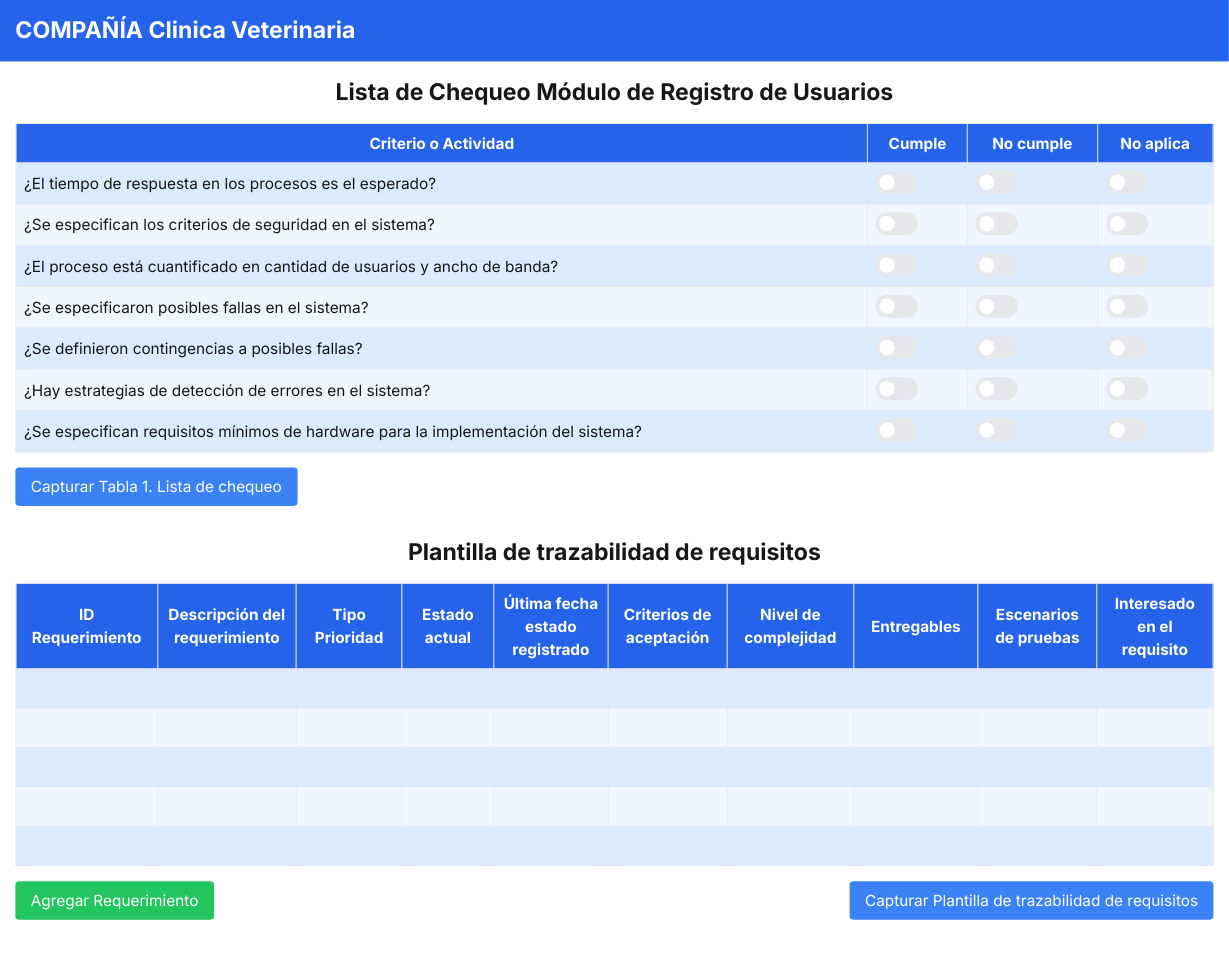
Repository: CiroAlfa/lista-de-Chequeo
Page: /
An editor plug-in stored every save of this project. The page is shown before and after the next save, followed by the edit.
The browser window is 1280 px wide. The pictures show the whole page, at 96% of full size.
The project was rebuilt for these pictures with package versions that can differ from the ones it lists, and the page was loaded fresh each time. The framework's server and built-in components were replaced by stand-ins that run in the browser. Also part of the build but not shown: next.config.mjs.

Above is the page before, as saved 2024-09-27 13:09:46.

After the next save:
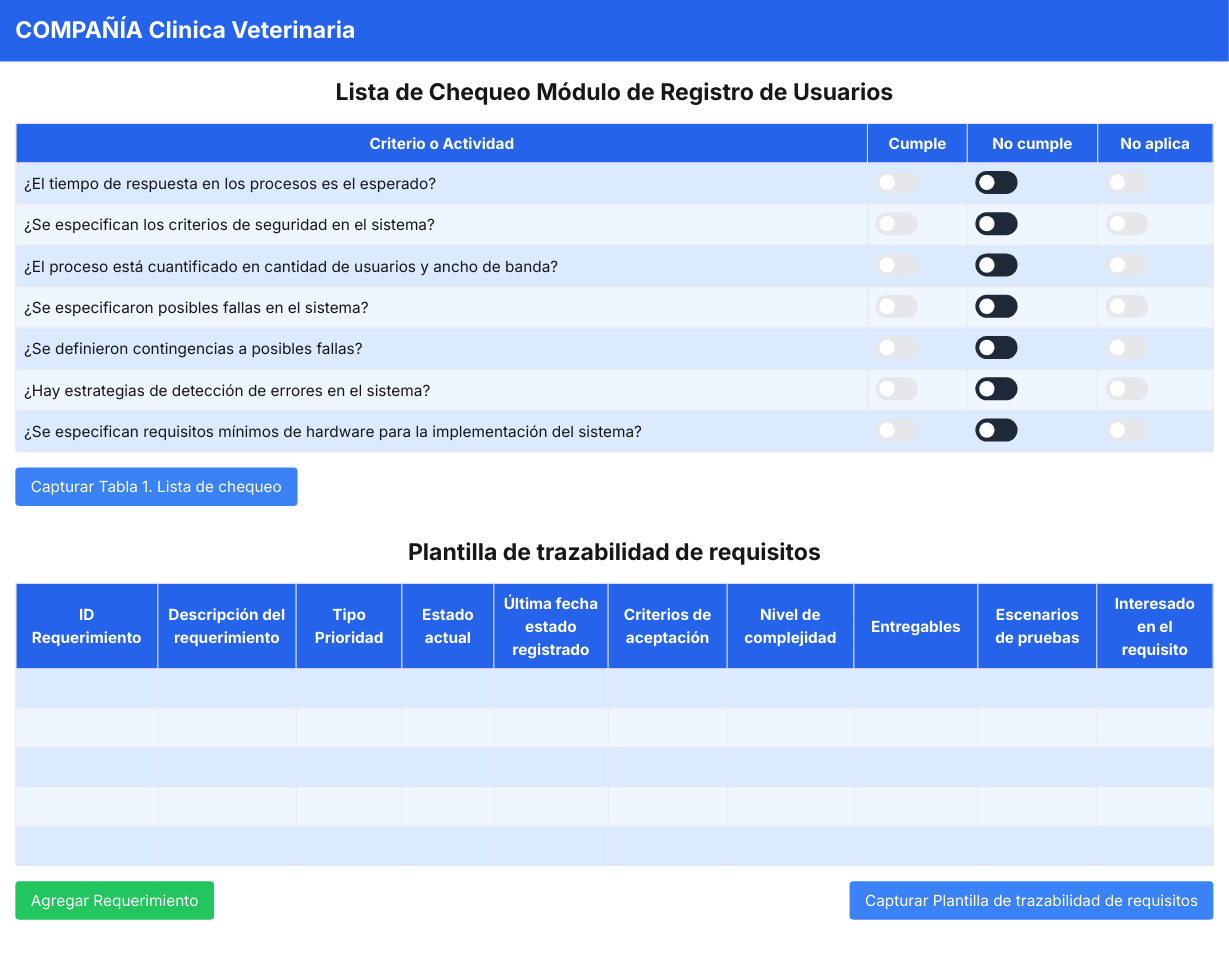
Saved 11 s later.
--- a/src/app/page.tsx
+++ b/src/app/page.tsx
@@ -131,7 +131,7 @@
                   <Switch
                     checked={item.noCumple}
                     onChange={() => handleChecklistChange(item.id, 'noCumple')}
-                    className={`${item.noCumple ? 'bg-blue-200' : 'bg-gray-200'} relative inline-flex h-6 w-11 items-center rounded-full`}
+                    className={`${item.noCumple ? 'bg-blue-200' : 'bg-gray-800'} relative inline-flex h-6 w-11 items-center rounded-full`}
                   >
                     <span className={`${item.noCumple ? 'translate-x-6' : 'translate-x-1'} inline-block h-4 w-4 transform rounded-full bg-white transition`} />
                   </Switch>

After the save that followed:
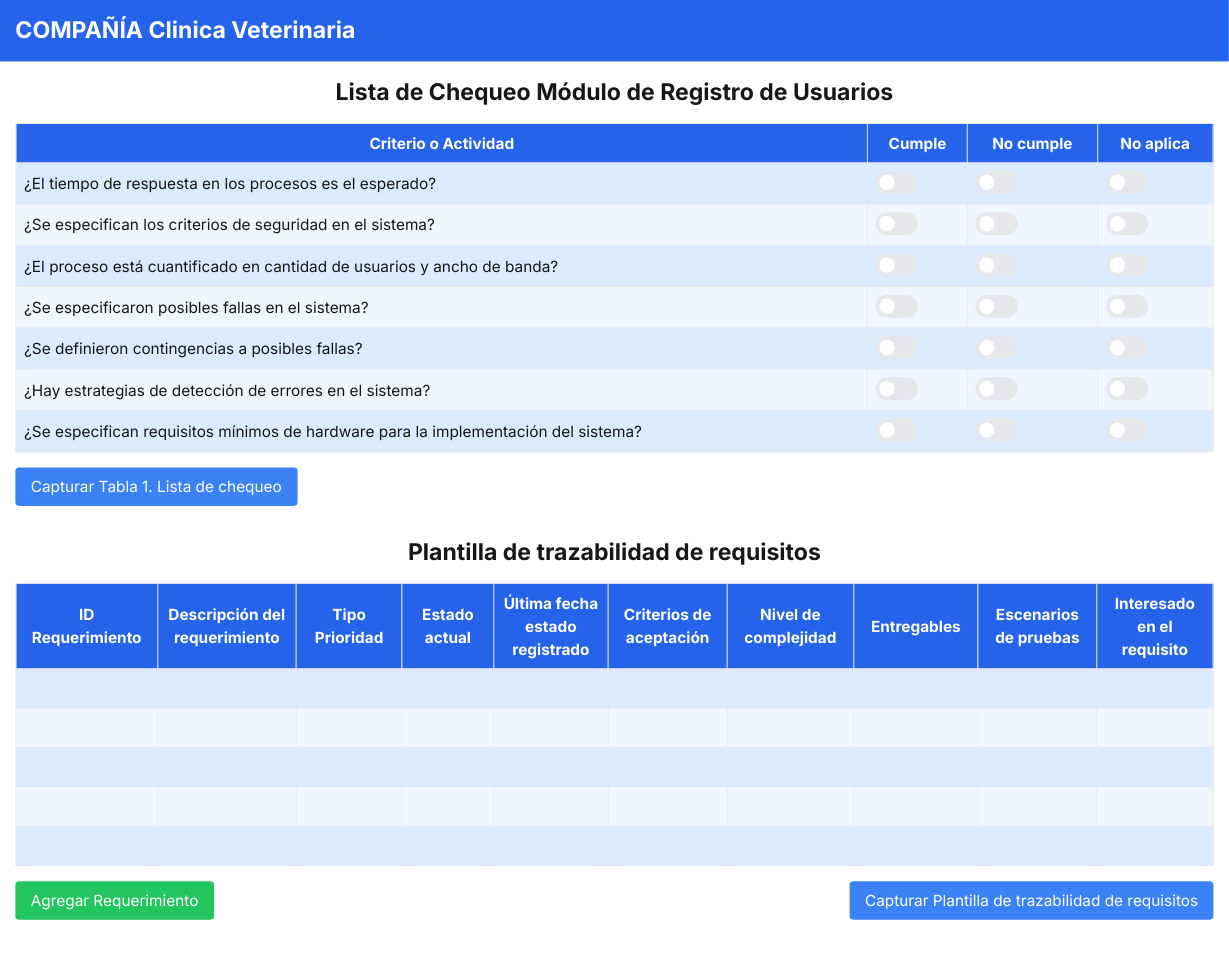
Saved 11 s later.
--- a/src/app/page.tsx
+++ b/src/app/page.tsx
@@ -131,7 +131,7 @@
                   <Switch
                     checked={item.noCumple}
                     onChange={() => handleChecklistChange(item.id, 'noCumple')}
-                    className={`${item.noCumple ? 'bg-blue-200' : 'bg-gray-800'} relative inline-flex h-6 w-11 items-center rounded-full`}
+                    className={`${item.noCumple ? 'bg-blue-600' : 'bg-gray-200'} relative inline-flex h-6 w-11 items-center rounded-full`}
                   >
                     <span className={`${item.noCumple ? 'translate-x-6' : 'translate-x-1'} inline-block h-4 w-4 transform rounded-full bg-white transition`} />
                   </Switch>
